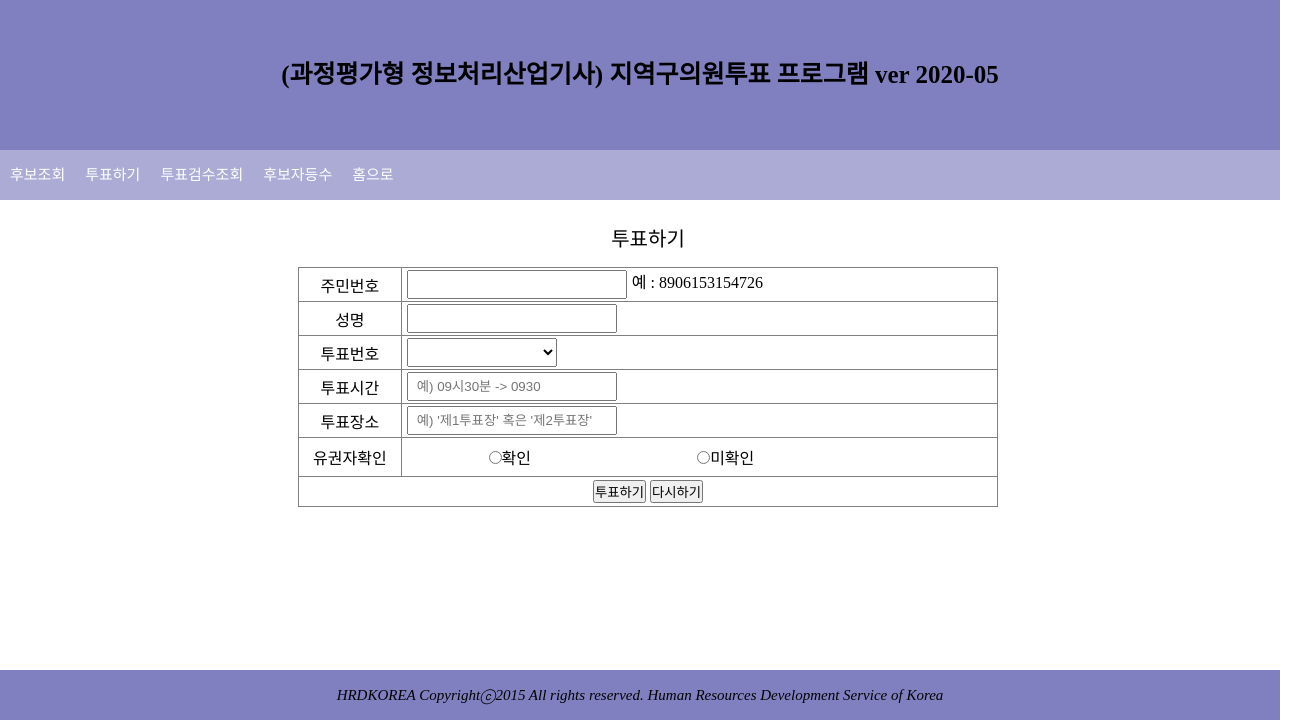
Repository: eunbiro/HRD_1236
Page: http://localhost/HRD_1235/add.jsp
The author's editor kept a copy of each file at every save. The page is drawn from the files as they stood at one save, then again after the next save.
The browser window is 1280 px wide. The page is 1296 px wide, so the pictures cover 1296 px, including what lies to the right of the window. The pictures show the whole page.
The page is served by Tomcat 9. Other server files are loaded and not shown.

Above is the page before, as saved 2022-12-22 05:22:53.

### HRD_1235/src/main/webapp/add.jsp
<%@ page language="java" contentType="text/html; charset=UTF-8"
    pageEncoding="UTF-8"%>
<!DOCTYPE html>
<html>
<head>
<meta charset="UTF-8">
<title>투표하기</title>
<link rel="stylesheet" href="style.css">
<script type="text/javascript" src="script.js"></script>
</head>
<body>
	<%@ include file="header.jsp" %>
	<section>
		<div class="title">투표하기</div>
		<form name="frm" action="insert">
			<div class="wrapper">
				<table>
					<tr>
						<td>주민번호</td>
						<td class="inp">
							<input type="text" name="jumin" />
							<a>예 : 8906153154726</a>
						</td>
					</tr>
					<tr>
						<td>성명</td>
						<td class="inp"><input type="text" name="name" /></td>
					</tr>
					<tr>
						<td>투표번호</td>
						<td class="inp">
							<select name="number">
								<option></option>
								<option value="1">[1] 김후보</option>
								<option value="2">[2] 이후보</option>
								<option value="3">[3] 박후보</option>
								<option value="4">[4] 조후보</option>
								<option value="5">[5] 최후보</option>
							</select>
						</td>
					</tr>
					<tr>
						<td>투표시간</td>
						<td class="inp"><input type="text" name="time" placeholder="예) 09시30분 -> 0930" /></td>
					</tr>
					<tr>
						<td>투표장소</td>
						<td class="inp"><input type="text" name="place"placeholder="예) '제1투표장' 혹은 '제2투표장'" /></td>
					</tr>
					<tr>
						<td>유권자확인</td>
						<td>
							<label><input type="radio" name="check" value="Y"/>확인</label>
							<label><input type="radio" name="check" value="N" />미확인</label>
						</td>
					</tr>
					<tr>
						<td colspan="2">
							<button class="btn" type="submit" onclick="fn_submit(); return false;">투표하기</button>
							<button class="btn" type="button" onclick="location='add'">다시하기</button>
						</td>
					</tr>

				</table>
			</div>
		</form>
	</section>
	<%@ include file="footer.jsp" %>
</body>
</html>

### HRD_1235/src/main/webapp/header.jsp
<%@ page language="java" contentType="text/html; charset=UTF-8"
    pageEncoding="UTF-8"%>
<!DOCTYPE html>
<html>
<head>
<meta charset="UTF-8">
<title>Insert title here</title>
</head>
<body>
	<header>(과정평가형 정보처리산업기사) 지역구의원투표 프로그램 ver 2020-05</header>
	<nav>
		<ul class="menu">
			<li><a href="list">후보조회</a></li>
			<li><a href="add">투표하기</a></li>
			<li><a href="result">투표검수조회</a></li>
			<li><a href="rank">후보자등수</a></li>
			<li><a href="home">홈으로</a></li>
		</ul>
	</nav>
</body>
</html>

### HRD_1235/src/main/webapp/footer.jsp
<%@ page language="java" contentType="text/html; charset=UTF-8"
    pageEncoding="UTF-8"%>
<!DOCTYPE html>
<html>
<head>
<meta charset="UTF-8">
<title>Insert title here</title>
</head>
<body>
	<footer>HRDKOREA Copyrightⓒ2015 All rights reserved. Human Resources Development Service of Korea</footer>
</body>
</html>

### HRD_1235/src/main/webapp/style.css
@charset "UTF-8";

* {
	margin: 0;
	padding: 0;
}

a {
	text-decoration: none;
	color: #fff;
}

header {
	width: 100%;
	height: 150px;
	line-height: 150px;
	background: #8080c0;
	font-size: 25px;
	text-align: center;
	font-weight: 900;
}

.menu {
	display: flex;
	list-style: none;
	width: 100%;
	background: #ababd6;
}

.menu li {
	margin: 5px;
	padding: 5px;
	height: 30px;
	line-height: 30px;
	font-size: 15px;
}

section {
	width: 100%;
	height: 100%;
	padding: 8px;
}

.title {
	width: 100%;
	margin: 15px 0;
	font-size: 20px;
	text-align: center;
	font-weight: 500;
}

.wrapper {
	display: flex;
	justify-content: center;
	align-items: center;
	text-align: center;
}

table {
	width: 700px;
}

table, tr, td, th {
	border: 1px solid gray;
	border-collapse: collapse;
}

table tr {
	height: 30px;
}

td > input, td select, td label {
	float: left;
	padding: 5px 8px;
	margin: 2px 5px;
	width: 190px;
}

td select {
	width: 150px;
}

td input[name=jumin] {
	width: 200px;
}

td a {
	float: left;
	color: #000000;
	height: 30px;
	line-height: 30px;
}



footer {
	position: fixed;
	width: 100%;
	height: 50px;
	line-height: 50px;
	bottom: 0;
	background: #8080c0;
	font-size: 15px;
	font-style: italic;
	text-align: center;
}

### HRD_1235/src/main/webapp/script.js
function fn_submit() {
	var fn = document.frm;

	if (fn.jumin.value == "") {
		alert("주민번호가 입력되지 않았습니다!");
		fn.jumin.focus();
		return false;
	}

	if (fn.name.value == "") {
		alert("성명이 입력되지 않았습니다!");
		fn.name.focus();
		return false;
	}

	if (fn.number.value == "") {
		alert("후보번호가 선택되지 않았습니다!");
		fn.number.focus();
		return false;
	}

	if (fn.time.value == "") {
		alert("투표시간이 입력되지 않았습니다!");
		fn.time.focus();
		return false;
	}

	if (fn.place.value == "") {
		alert("투표장소가 입력되지 않았습니다!");
		fn.place.focus();
		return false;
	}

	if (fn.check.value == "") {
		alert("유권자확인이 선택되지 않았습니다!");
		fn.jumin.focus();
		return false;
	}

	fn.submit();
}

After the next save:
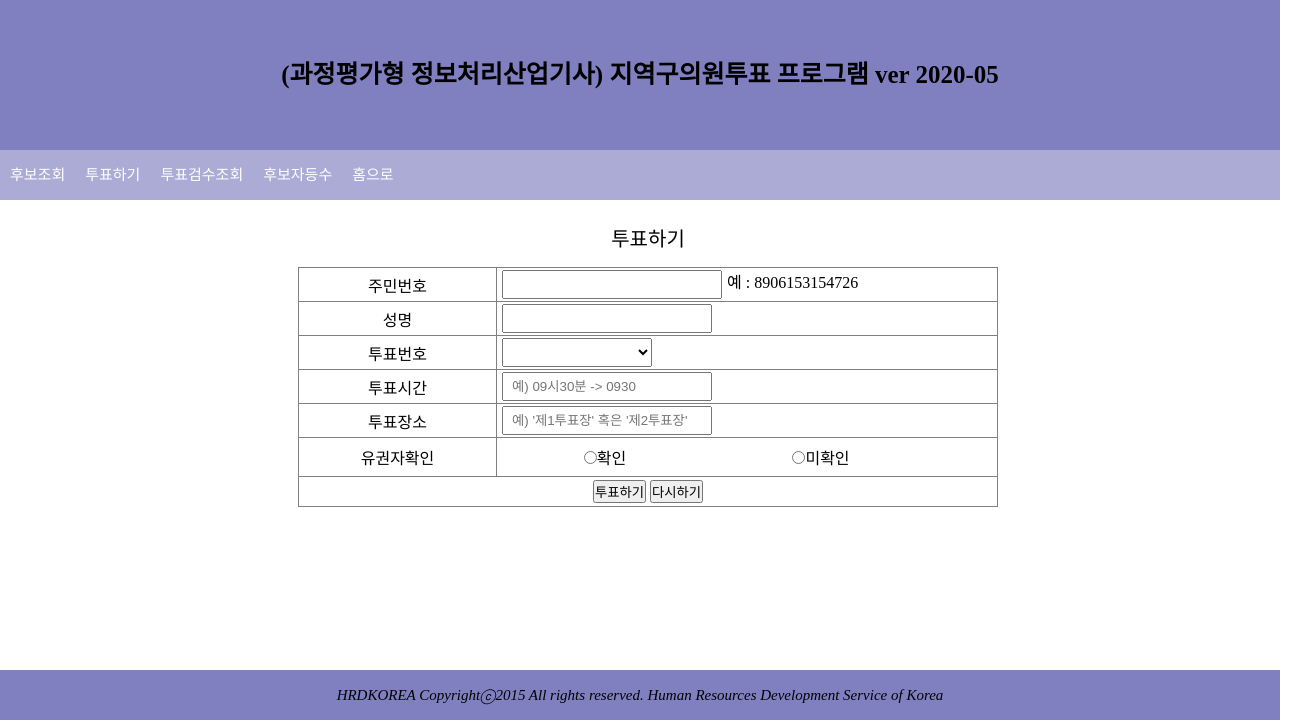
Saved 23 s later.
--- a/HRD_1235/src/main/webapp/style.css
+++ b/HRD_1235/src/main/webapp/style.css
@@ -76,6 +76,10 @@ td > input, td select, td label {
 	width: 190px;
 }
 
+.inp {
+	width: 500px;
+}
+
 td select {
 	width: 150px;
 }
